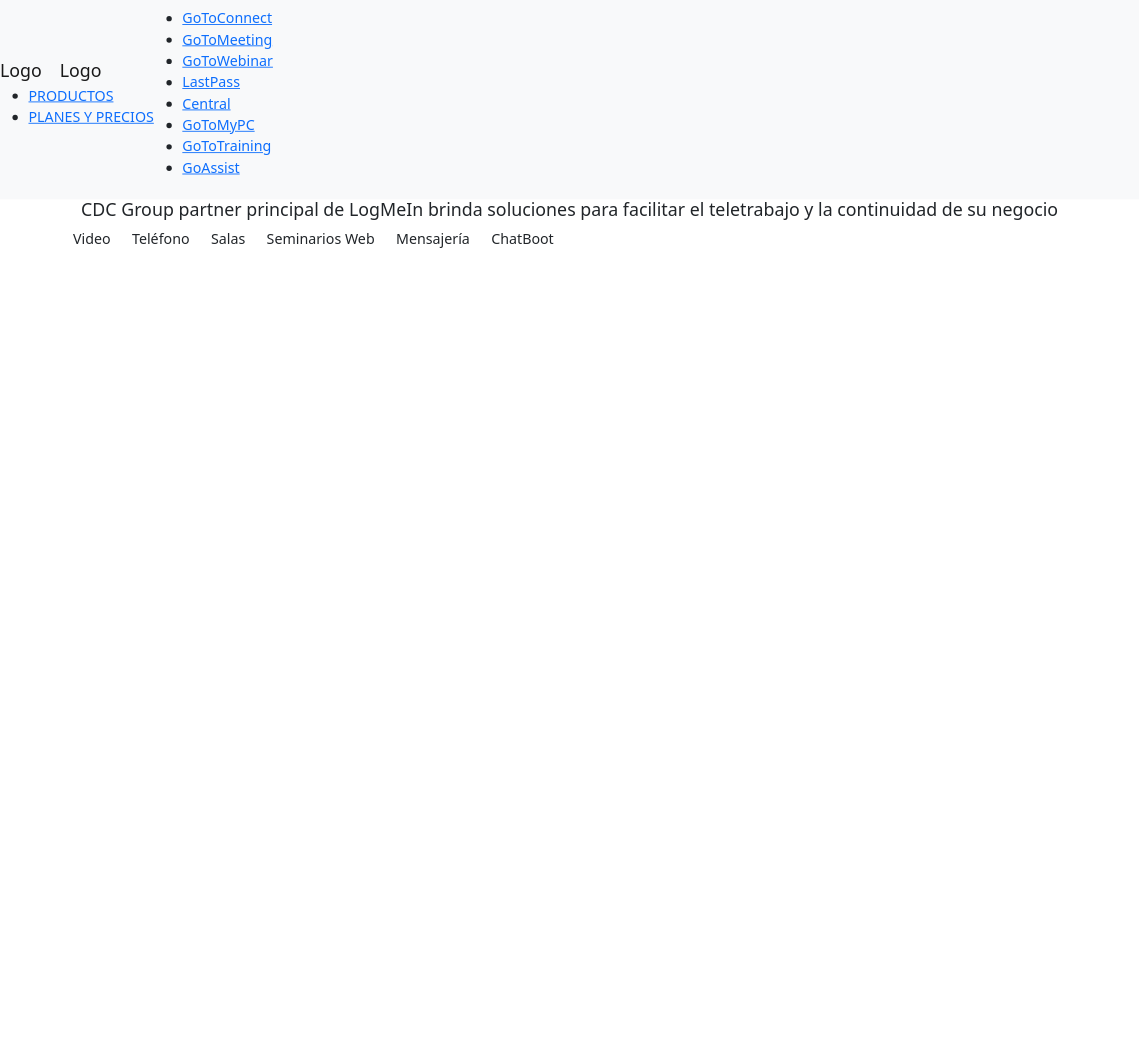
Repository: onehitwondermx/cdclogmein
Page: index.html
The author's editor kept a copy of each file at every save. The page is drawn from the files as they stood at one save, then again after the next save.
The browser window is 1280 px wide. The pictures show the whole page, at 89% of full size.

Above is the page before, as saved 2021-06-03 18:48:55.

### index.html
<!DOCTYPE html>
<html lang="es">
  <head>
    <meta charset="utf-8">
    <meta name="viewport" content="width=device-width, initial-scale=1">
    <script src="https://cdn.jsdelivr.net/npm/bootstrap@5.0.1/dist/js/bootstrap.bundle.min.js" integrity="sha384-gtEjrD/SeCtmISkJkNUaaKMoLD0//ElJ19smozuHV6z3Iehds+3Ulb9Bn9Plx0x4" crossorigin="anonymous"></script>
    <link href="https://cdn.jsdelivr.net/npm/bootstrap@5.0.1/dist/css/bootstrap.min.css" rel="stylesheet" integrity="sha384-+0n0xVW2eSR5OomGNYDnhzAbDsOXxcvSN1TPprVMTNDbiYZCxYbOOl7+AMvyTG2x" crossorigin="anonymous">
    <title>LogMeIn - CDC Gropu</title>
  </head>
<body>
  <div class="navbar navbar-expand-lg navbar-light bg-light">
    <nav class="nav-extended">
      <div class="nav-wrapper">
        <a href="#" class="navbar-brand">Logo</a>
        <a href="#" class="navbar-brand">Logo</a>
      </div>
      <div class="nav-content right">
        <ul>
          <li><a href="#">PRODUCTOS</a></li>
          <li><a class="dropdown-trigger" href="#" data-target="dropdown1">PLANES Y PRECIOS</a></li>
        </ul>
      </div>
    </nav>
      <!-- Dropdown Structure -->
    <ul id="dropdown1" class="dropdown-content">
      <li><a href="#">GoToConnect</a></li>
      <li><a href="#">GoToMeeting</a></li>
      <li><a href="#">GoToWebinar</a></li>
      <li><a href="#">LastPass</a></li>
      <li><a href="#">Central</a></li>
      <li><a href="#">GoToMyPC</a></li>
      <li><a href="#">GoToTraining</a></li>
      <li><a href="#">GoAssist</a></li>
    </ul>
    </div>

  <div class="container-fluid">
      <div class="row justify-content-md-center">
        <div class="col-md-auto">
          <h5 class="center-align">
            CDC Group partner principal de LogMeIn brinda soluciones para facilitar el teletrabajo y la continuidad de su negocio
          </h5>
        </div>
      </div>
  </div>
  <div class="container">
    <div class="row row-cols-auto">
      <div class="col">
        <span>Video</span>
      </div>
      <div class="col">
        <span>Teléfono</span>
      </div>
      <div class="col">
        <span>Salas</span>
      </div>
      <div class="col">
        <span>Seminarios Web</span>
      </div>
      <div class="col">
        <span>Mensajería
        </span>
      </div>
      <div class="col">
        <span>ChatBoot</span>
      </div>
    </div>
  </div>

   <br><br><br><br><br><br><br><br><br><br><br><br><br><br><br><br><br><br><br><br><br><br><br><br><br><br><br><br><br><br><br><br><br><br><br><br><br><br>
  </body>
</html>

After the next save:
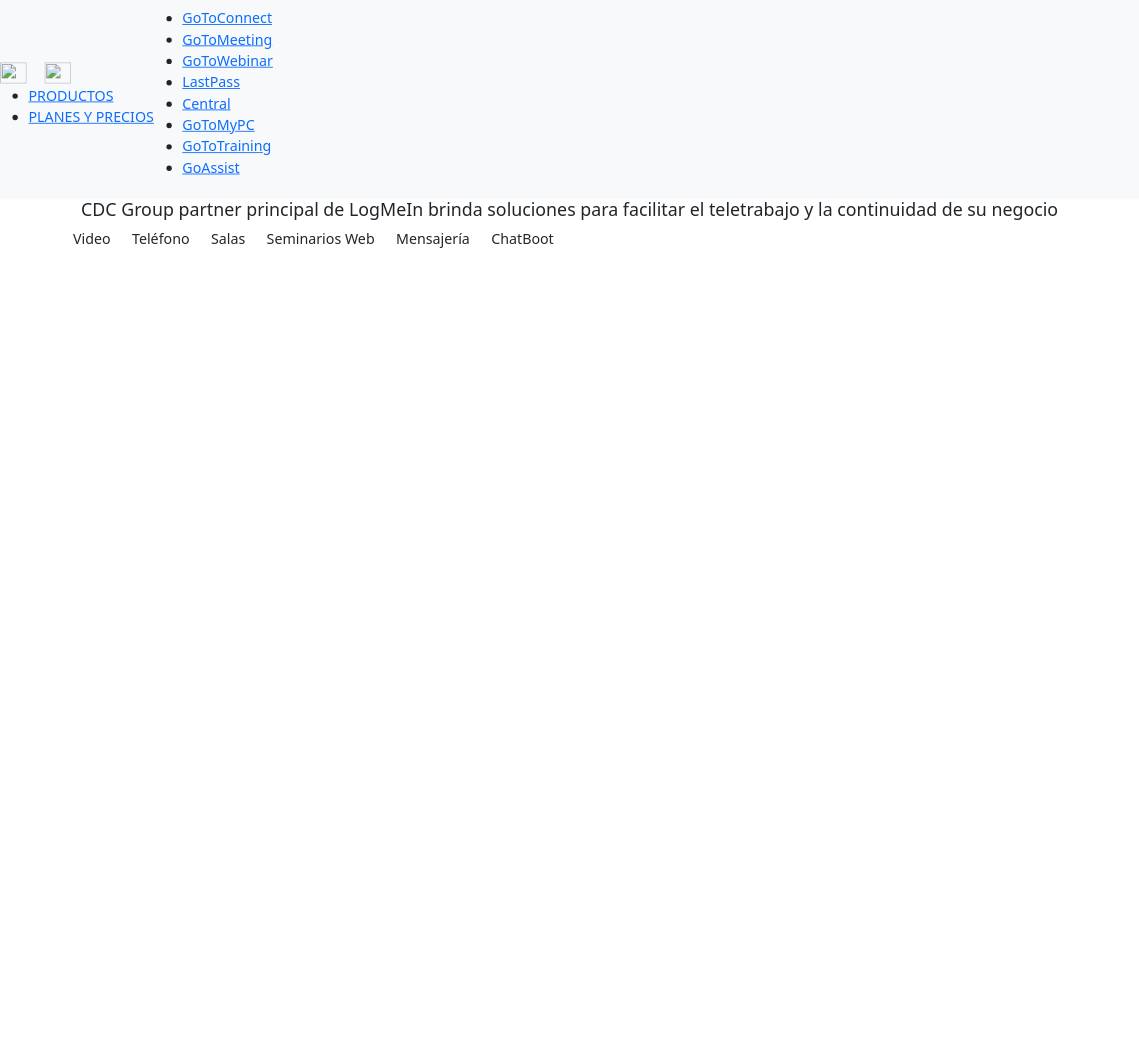
Not found: docs/5.0/assets/brand/bootstrap-logo.svg
Saved 72 s later.
--- a/index.html
+++ b/index.html
@@ -11,8 +11,8 @@
   <div class="navbar navbar-expand-lg navbar-light bg-light">
     <nav class="nav-extended">
       <div class="nav-wrapper">
-        <a href="#" class="navbar-brand">Logo</a>
-        <a href="#" class="navbar-brand">Logo</a>
+        <a href="#" class="navbar-brand"><img src="/docs/5.0/assets/brand/bootstrap-logo.svg" alt="" width="30" height="24"></a>
+        <a href="#" class="navbar-brand"><img src="/docs/5.0/assets/brand/bootstrap-logo.svg" alt="" width="30" height="24"></a>
       </div>
       <div class="nav-content right">
         <ul>

After the save that followed:
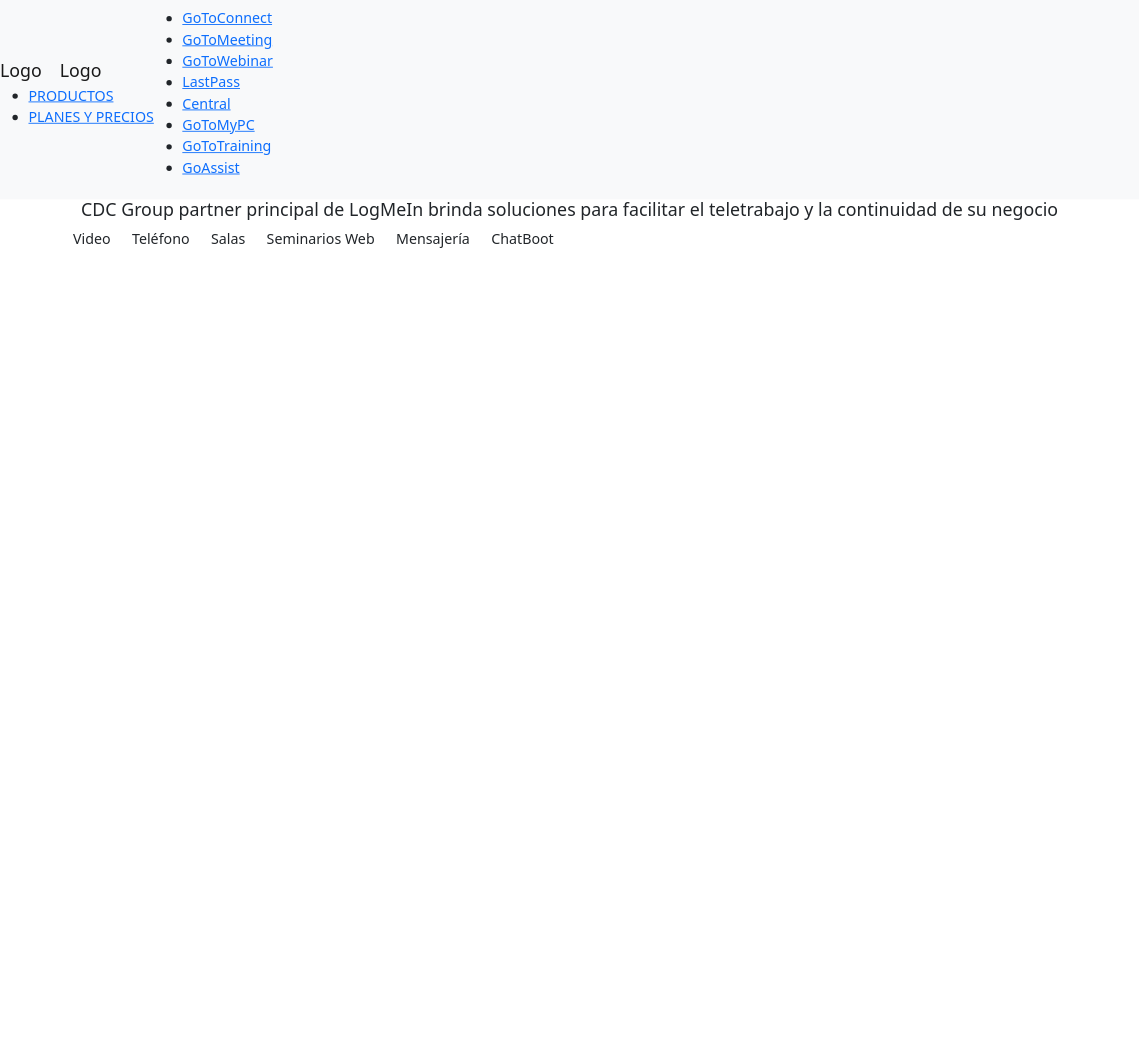
Saved 7 s later.
--- a/index.html
+++ b/index.html
@@ -11,8 +11,8 @@
   <div class="navbar navbar-expand-lg navbar-light bg-light">
     <nav class="nav-extended">
       <div class="nav-wrapper">
-        <a href="#" class="navbar-brand"><img src="/docs/5.0/assets/brand/bootstrap-logo.svg" alt="" width="30" height="24"></a>
-        <a href="#" class="navbar-brand"><img src="/docs/5.0/assets/brand/bootstrap-logo.svg" alt="" width="30" height="24"></a>
+        <a href="#" class="navbar-brand">Logo</a>
+        <a href="#" class="navbar-brand">Logo</a>
       </div>
       <div class="nav-content right">
         <ul>
